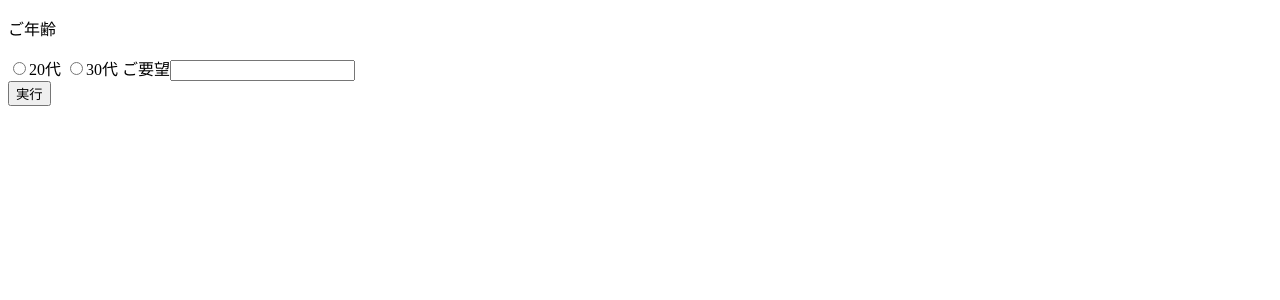
Repository: hikidayuki/samurai_HTML-CSS
Page: garvvage.html
The author's editor kept a record of every edit. The page is drawn from the files as they stood at one moment, then again after the next edit.
The browser window is 1280 px wide. The pictures show the whole page.

Above is the page before.

After the next edit:
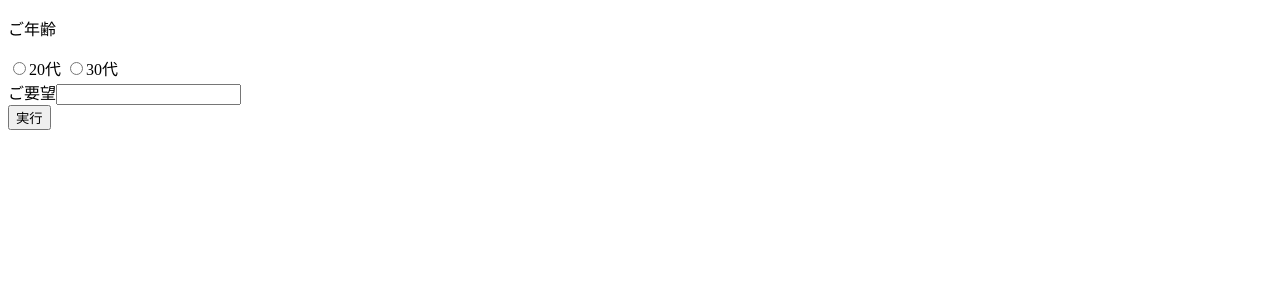
The edit:
--- a/garvvage.html
+++ b/garvvage.html
@@ -10,9 +10,15 @@
     <p>ご年齢</p>
     <list><input type ="radio" name ="age"　value ="ガラケー">20代</list>
     <list><input type ="radio" name ="age" value = "30">30代</list>
-    <list>ご要望<input type ="text" name ="youbou" ></list>
     </div>
     </form>
+
+    <form id ="form2">
+     <list>ご要望<input type ="text" name ="youbou" ></list>
+    </form>
+
+
+
     <button id = btn>実行</button>
     <script>
      const btn = document.getElementById('btn');
